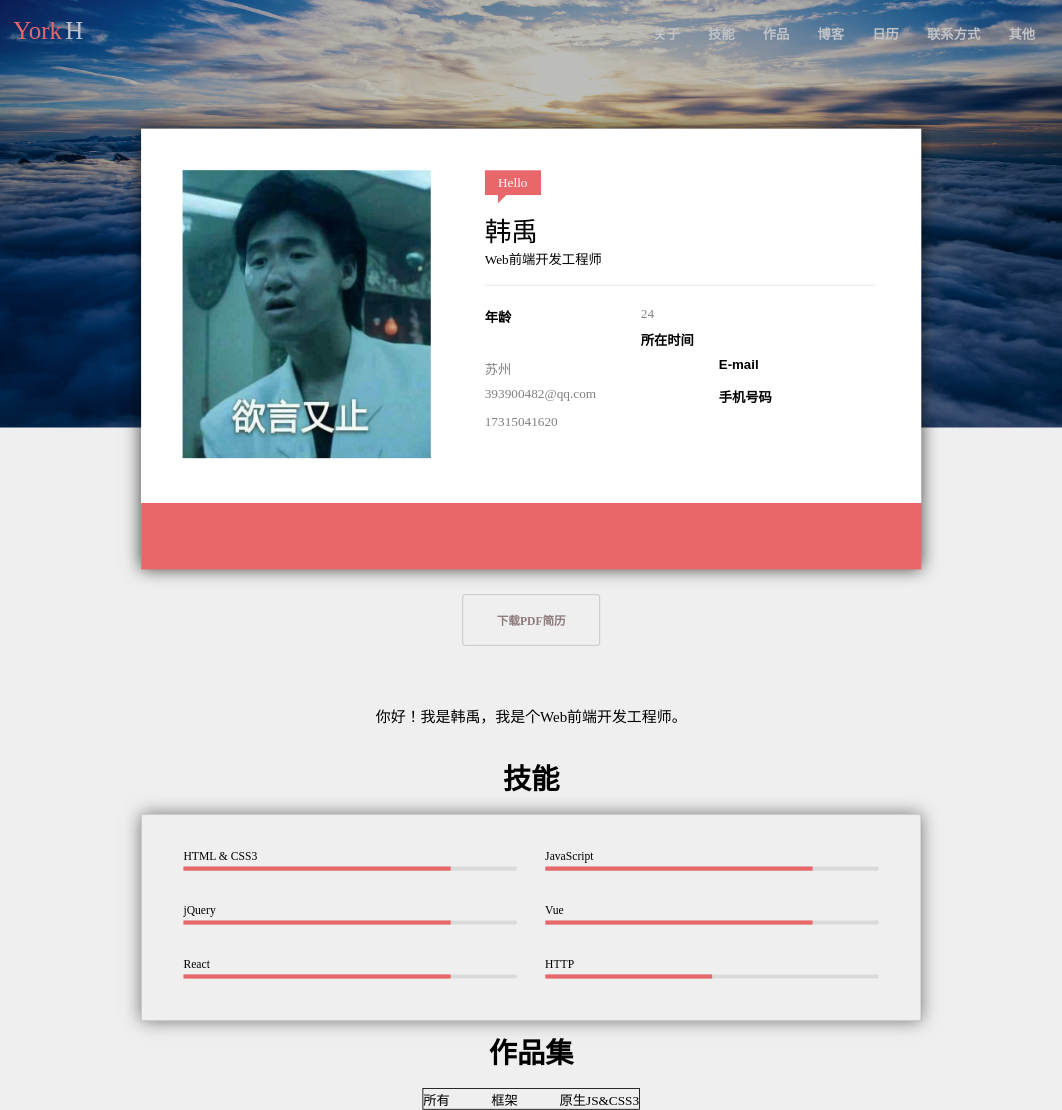
Repository: yorkHan/resume
Page: index.html
These files come from the project's save history. The page is drawn as it stood at one moment and after a run of saves; the edit follows.
The browser window is 1280 px wide. The pictures show the whole page, at 83% of full size.

Above is the page before, as saved 2018-04-10 13:26:15.

After the next 3 saves:
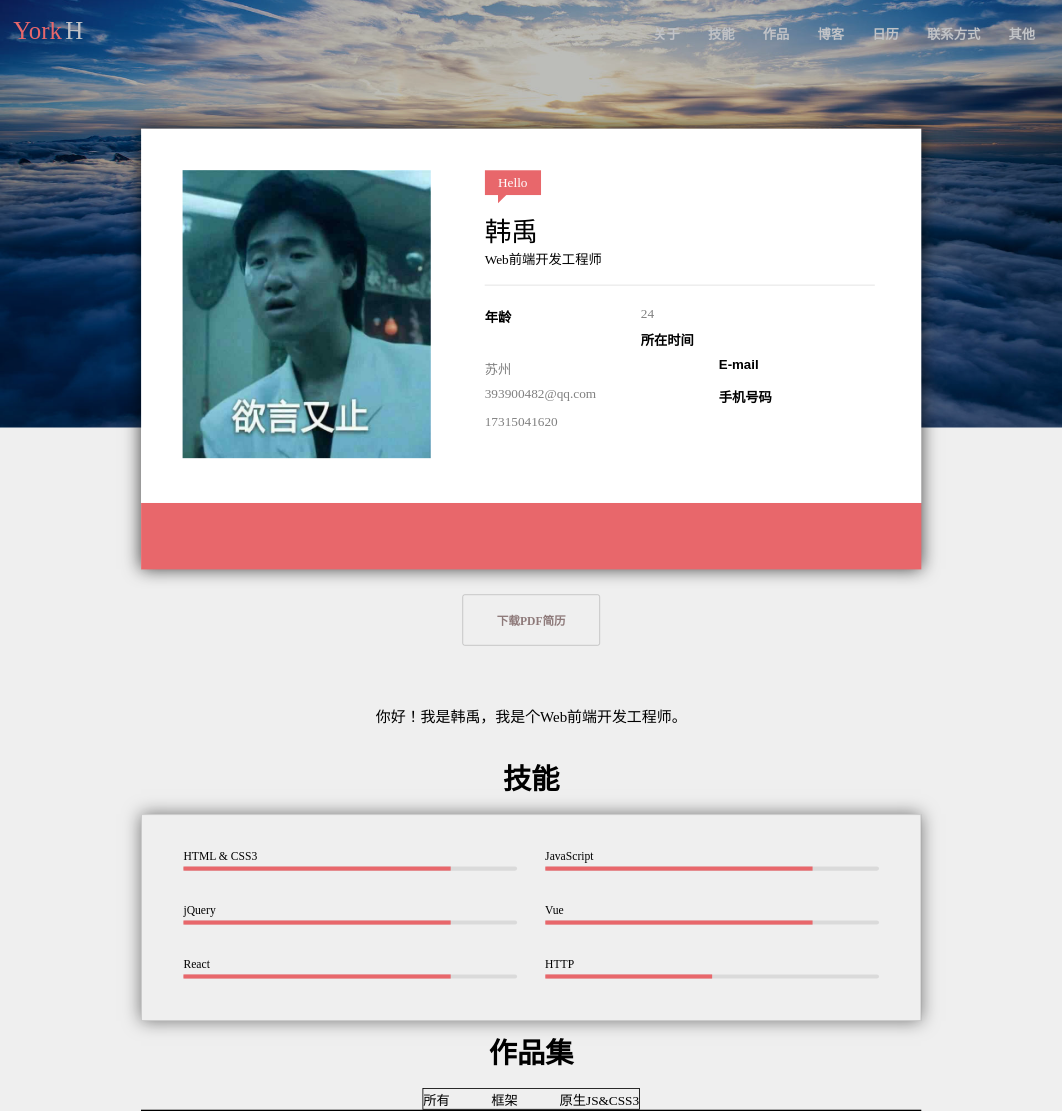
The 3 saves are shown as one change because they came seconds apart.
The last was saved 10 s later.
--- a/1.css
+++ b/1.css
@@ -241,5 +241,5 @@ section.portfolio ol{
     list-style: none;
 }
 section.portfolio>nav .bar{
-    bor
-}
+    border: 1px solid black;
+}
